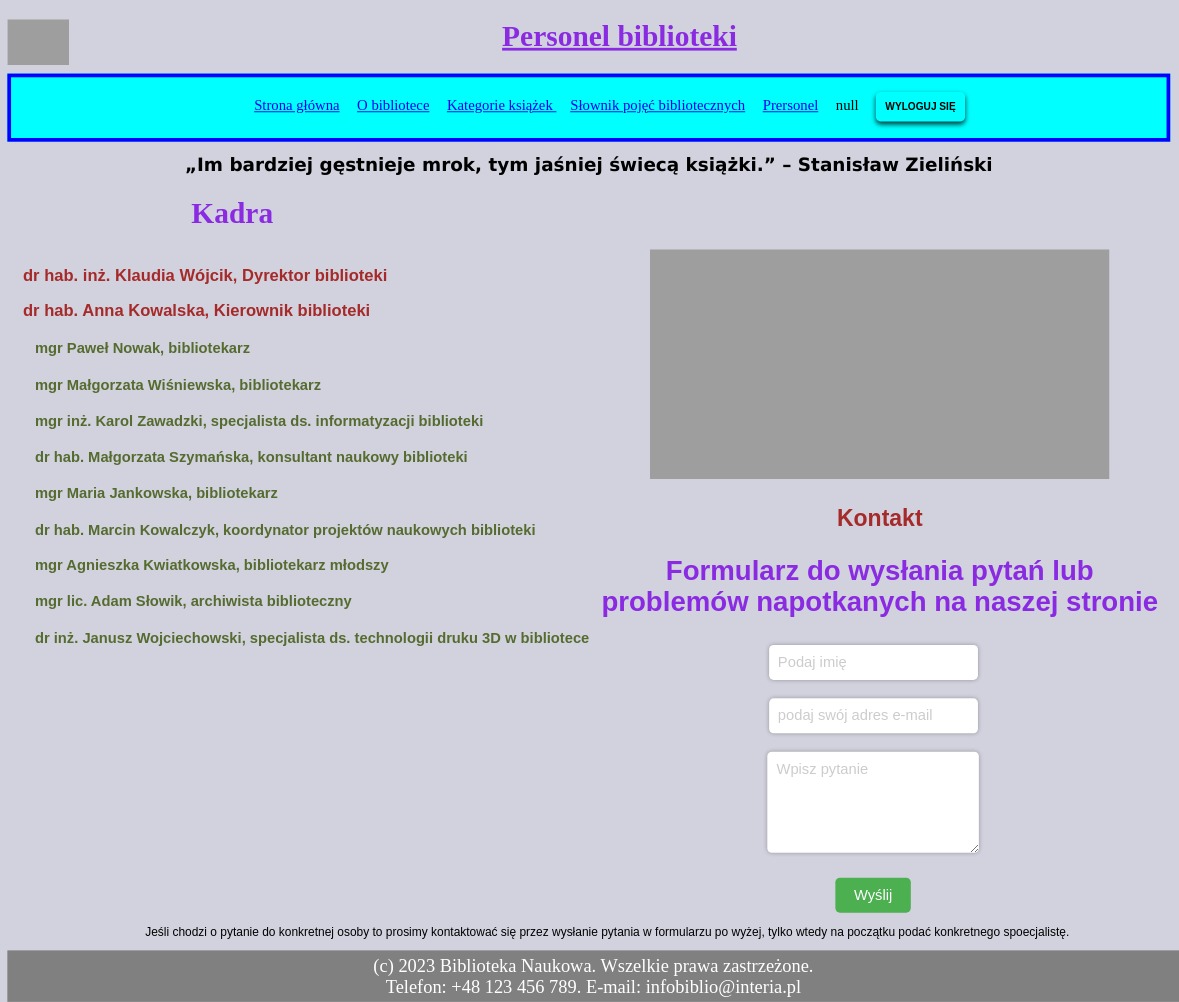
Repository: Dominik098/projekt
Page: http://localhost/biblioteka/F_personel.jsp
These files come from the project's save history. The page is drawn as it stood at one moment and after the next save; the edit follows.
The browser window is 1280 px wide. The page is 1282 px wide, so the pictures cover 1282 px, including what lies to the right of the window. The pictures show the whole page, at 92% of full size.
Pictures or frames that could not be fetched are drawn as grey boxes. The page is served by Tomcat 9.

Above is the page before, as saved 2023-04-27 08:19:37.

After the next save:
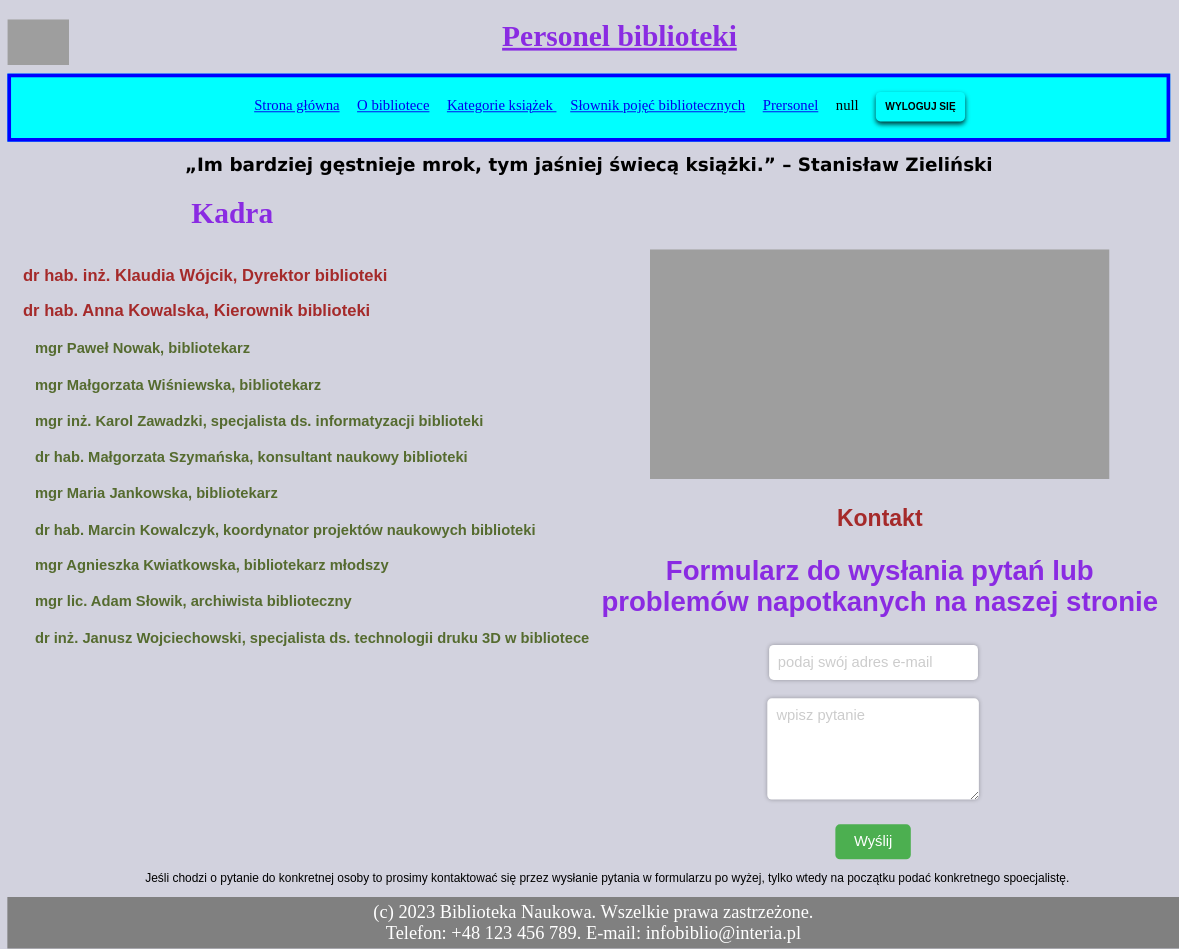
Saved 99 s later.
--- a/java projekt/biblioteka/src/main/webapp/F_personel.jsp
+++ b/java projekt/biblioteka/src/main/webapp/F_personel.jsp
@@ -65,6 +65,8 @@
                 <center>Kontakt</center>
             </h3>
 
+
+			<!--
 			 <div>
     <h1>Formularz do wysłania pytań lub problemów napotkanych na naszej stronie </h1>
 <form class="kontakt" action="https://api.sheetmonkey.io/form/uAqJFTu2v7ZeCxUxJrE6fA" method="post">
@@ -79,9 +81,9 @@
   				<input type="submit" value="Wyślij" >
 			</form>
 </div>
+-->
 
 
-<!--
 <div>
     <h1>Formularz do wysłania pytań lub problemów napotkanych na naszej stronie </h1>
 <form class="kontakt" action="wiadomosc" method="post">
@@ -93,7 +95,7 @@
   				<input type="submit" value="Wyślij" >
 			</form>
 </div>
-		-->
+
 
 	<script src="https://code.jquery.com/jquery-3.6.0.min.js"></script>
 

After the save that followed:
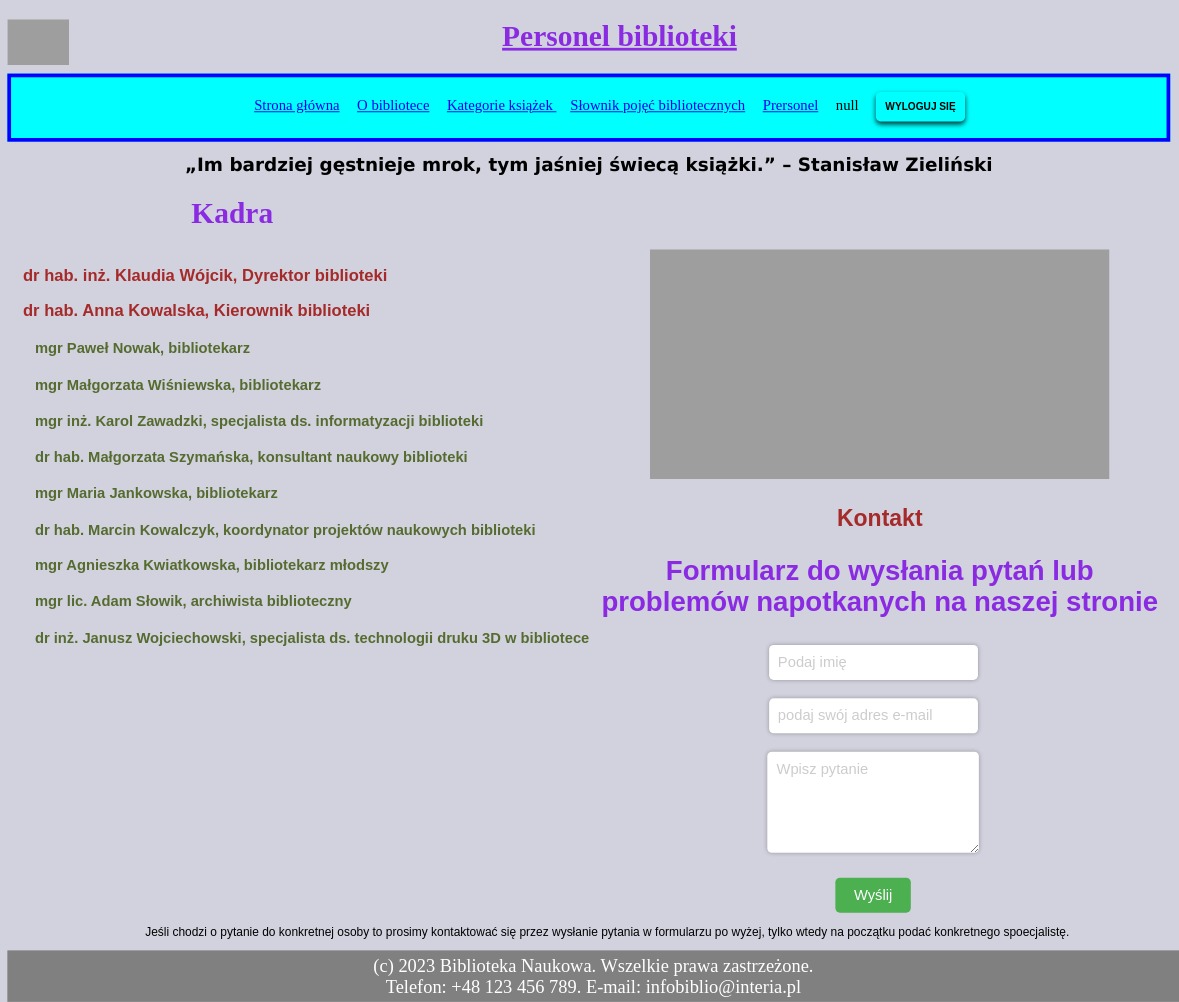
Saved 7 min 31 s later.
--- a/java projekt/biblioteka/src/main/webapp/F_personel.jsp
+++ b/java projekt/biblioteka/src/main/webapp/F_personel.jsp
@@ -66,7 +66,7 @@
             </h3>
 
 
-			<!--
+
 			 <div>
     <h1>Formularz do wysłania pytań lub problemów napotkanych na naszej stronie </h1>
 <form class="kontakt" action="https://api.sheetmonkey.io/form/uAqJFTu2v7ZeCxUxJrE6fA" method="post">
@@ -81,8 +81,9 @@
   				<input type="submit" value="Wyślij" >
 			</form>
 </div>
--->
 
+
+<!--
 
 <div>
     <h1>Formularz do wysłania pytań lub problemów napotkanych na naszej stronie </h1>
@@ -95,6 +96,9 @@
   				<input type="submit" value="Wyślij" >
 			</form>
 </div>
+
+ -->
+
 
 
 	<script src="https://code.jquery.com/jquery-3.6.0.min.js"></script>
